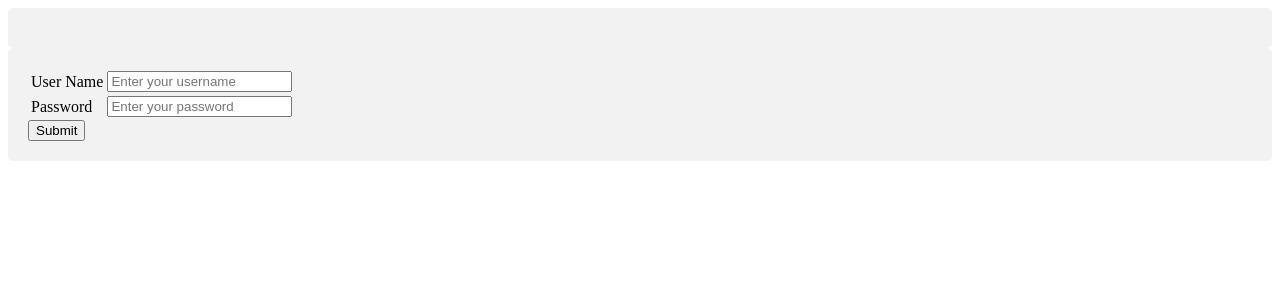
Repository: IT20643218/Employee-Management-System-OOP-Project-20-Y2S2
Page: http://localhost/EmployeeDemo/login.jsp
The author's editor kept a copy of each file at every save. The page is drawn from the files as they stood at one save, then again after the next save.
The browser window is 1280 px wide. The pictures show the whole page.
The page is served by Tomcat 9. Nobody is signed in. The application's start-up code is not run.

Above is the page before, as saved 2021-09-30 13:14:11.

After the next save:
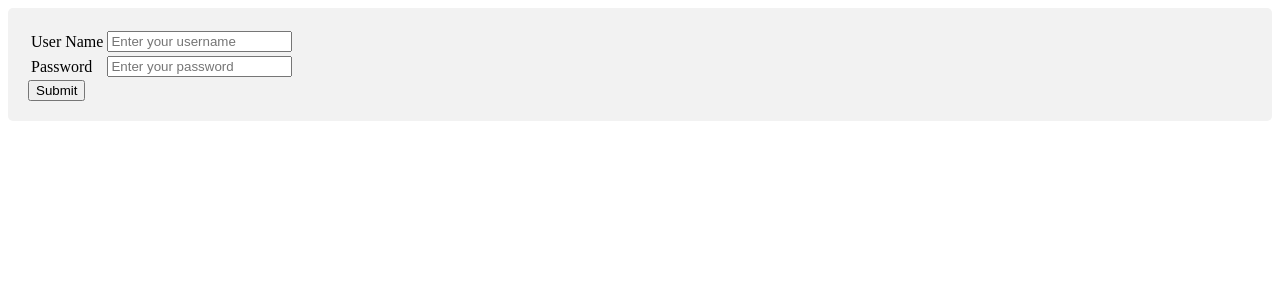
Saved 14 min 47 s later.
--- a/Java_Project/EmployeeDemo/src/main/webapp/login.jsp
+++ b/Java_Project/EmployeeDemo/src/main/webapp/login.jsp
@@ -11,7 +11,6 @@
 
 </style>
 <body>
-<div id="bg"></div>
 
 <div>
 	<form action="log" method="post">
